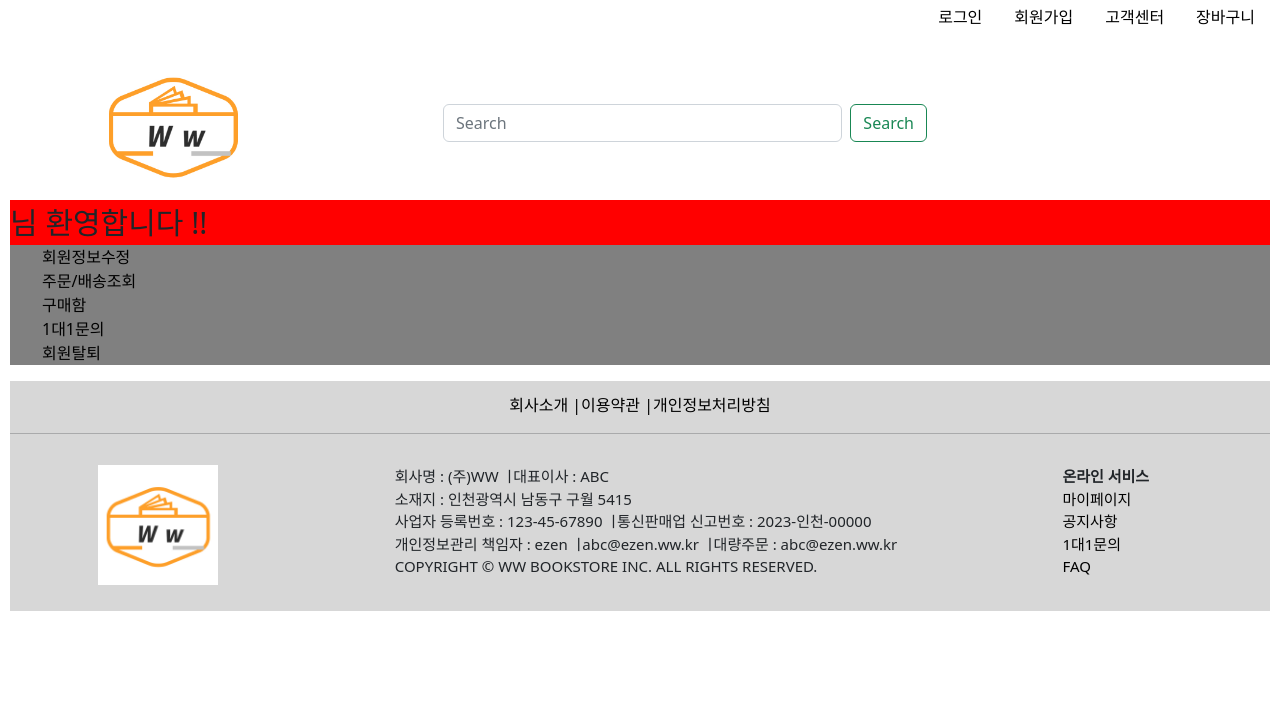
Repository: leehyeonung/project6
Page: http://localhost/book/WEB-INF/views/member/mypage.jsp
These files come from the project's save history. The page is drawn as it stood at one moment and after the next save; the edit follows.
The browser window is 1280 px wide. The page is 1280 px wide, then 1285 px, so the pictures cover 1285 px, including what lies to the right of the window. The pictures show the whole page.
The page is served by Tomcat 9. Nobody is signed in. Other server files are loaded and not shown. The template is opened directly, without the code that normally fills it, so the values that code supplies are empty.

Above is the page before, as saved 2023-01-06 02:42:17.

### book/src/main/webapp/WEB-INF/views/member/mypage.jsp
<%@ page language="java" contentType="text/html; charset=UTF-8"
    pageEncoding="UTF-8"%>
<!DOCTYPE html>
<html>
<head>
<meta charset="UTF-8">
<title>Insert title here</title>
<link rel="stylesheet" type="text/css" href="/resources/css/mypage.css">
</head>
<body>
<jsp:include page="../layout/header.jsp"></jsp:include>
<div class="main">

<div class="information">

<div class="id">
${ses.mem_id}님 환영합니다 !!
</div>

<div class="cell">
${ses.mem_cell_num}
</div>

</div>

<div class="select">
<ul>
	<li><a href="/mem/modify">회원정보수정</a></li>
	<li><a href="/mem/orderCheck?mem_num=${ses.mem_num}">주문/배송조회</a></li>
	<li><a href="/mem/buyCheck?mem_num=${ses.mem_num}">구매함</a></li>
	<li><a href="/board/list">1대1문의</a></li>
	<li><a href="/mem/delete">회원탈퇴</a></li>
</ul>
</div>

</div>

<jsp:include page="../layout/footer.jsp"></jsp:include>
</body>
</html>

### book/src/main/webapp/WEB-INF/views/layout/header.jsp
<%@ page language="java" contentType="text/html; charset=UTF-8"
    pageEncoding="UTF-8"%>
<%@ taglib uri="http://java.sun.com/jsp/jstl/core" prefix="c"%>
<!DOCTYPE html>
<html>
<head>
<meta charset="UTF-8">
<title>Insert title here</title>
<!-- CSS only -->
<link href="https://cdn.jsdelivr.net/npm/bootstrap@5.2.2/dist/css/bootstrap.min.css"
rel="stylesheet" integrity="sha384-Zenh87qX5JnK2Jl0vWa8Ck2rdkQ2Bzep5IDxbcnCeuOxjzrPF/et3URy9Bv1WTRi"
crossorigin="anonymous">
<link rel="stylesheet" type="text/css" href="/resources/css/header.css">
</head>
<body>

<div class="header">
    <div class="menu">
        <c:if test="${ses.mem_id ==null}">
        <ul><a href="/mem/loginPage">로그인</a></ul>
        <ul><a href="/mem/joinPage">회원가입</a></ul>
        </c:if>
        <c:if test="${ses.mem_id == 'admin' }">
        <ul><a href="/mem/logOut">로그아웃</a></ul>
        <ul><a href="/mem/adminpage">관리인페이지</a></ul>
        </c:if>
        <c:if test="${ses.mem_id !=null && ses.mem_id !='admin' }">
        <ul><a href="/mem/logOut">로그아웃</a></ul>
        <ul><a href="/mem/mypage">마이페이지</a></ul>
        </c:if>
        <ul><a href="#">고객센터</a></ul>
        <ul><a href="#">장바구니</a></ul>
    </div>
    <div class="bar">
       <div class="logo">
         <a href="/"><img src="/resources/image/logo.jpg" alt="로고"></a>
       </div>
         <div class="searchBar">
            <form class="d-flex" role="search">
                 <input class="form-control me-2" type="search" placeholder="Search" aria-label="Search">
                 <button class="btn btn-outline-success" type="submit">Search</button>
              </form>
         </div>
       <div class="icons">
         <a href=""><i class="fa-solid fa-cart-shopping"></i></a>
            <a href=""><i class="fa-solid fa-user"></i></a>
       </div>
    </div>
</div>
</body>
</html>

### book/src/main/webapp/WEB-INF/views/layout/footer.jsp
<%@ page language="java" contentType="text/html; charset=UTF-8"
   pageEncoding="UTF-8"%>
<!DOCTYPE html>
<html>
<head>
<meta charset="UTF-8">
<title>Insert title here</title>
<link rel="stylesheet" type="text/css" href="/resources/css/footer.css">

</head>

<body>
   <div class="footer">
      <div class="footer-top">
         <ul>
            <li><a href="">회사소개 | </a></li>
            <li><a href="">이용약관 | </a></li>
            <li><a href="">개인정보처리방침</a></li>
         </ul>
      </div>
      <hr>
      <div class="address">
         <div class="footer-logo">
            <img src="/resources/image/logo.jpg" alt="로고">
         </div>
         <div class="address-box">
            <ul>
               <li>회사명 : (주)WW <span style="margin-right: -7px;">ㅣ</span>
                  대표이사 : ABC
               </li>

               <li>소재지 : 인천광역시 남동구 구월 5415</li>
               <li>사업자 등록번호 : 123-45-67890 <span style="margin-right: -7px;">ㅣ</span>
                  통신판매업 신고번호 : 2023-인천-00000
               </li>

               <li>개인정보관리 책임자 : ezen <span style="margin-right: -7px;">ㅣ</span>
                  abc@ezen.ww.kr <span style="margin-right: -7px;">ㅣ</span> 대량주문 :
                  abc@ezen.ww.kr
               </li>

               <li>COPYRIGHT © WW BOOKSTORE INC. ALL RIGHTS RESERVED.</li>

            </ul>

         </div>
         <div class="online-serviceBar">
            <strong>온라인 서비스</strong>
            <ul>
               <li><a href="">마이페이지</a></li>
               <li><a href="">공지사항</a></li>
               <li><a href="">1대1문의</a></li>
               <li><a href="">FAQ</a></li>
            </ul>
         </div>
      </div>
   </div>

</body>
</html>

### book/src/main/webapp/resources/css/mypage.css
@charset "UTF-8";
*{
	margin: 0 auto;
	padding: 0px;

}
.main{
    margin: auto;
    width: 1260px;
    background-color: gray;


}
.id{
    font-size: 30px;
}
.information{
	background-color : red;
}
select>ul>li{
    display: inline-block;
	float : left;
	width : 20%;
    background-color: blue;
}

### book/src/main/webapp/resources/css/header.css
@charset "UTF-8";
*{
	margin: 0px;
	padding: 0px;
}
.header{
    width: 1260px;
    height: 200px;
   /*  background-color: pink; */
}
.menu{
   display: flex;
   justify-content: flex-end;
   padding:5px;

}
.logo{
    width: 150px;
    height: 150px;
    background-color: blue;
}
.logo>a>img{
    width: 150px;
    height: 150px;
}
.searchBar{
   /* position:absolute; */
    width: 484px;
    height: 42px;
    /* background-color: gold; */
    margin-top:54px;
    border-radius: 30px;

}
.bar{

   height: 150px;
   display: flex;
   flex-direction: row;
   flex-wrap:nowrap;
   justify-content:space-around;
/*    align-items: baseline; */


}
i{
    font-size: 42px;
    color: black;
    margin-top:54px;
    margin-right: 20px;
}

### book/src/main/webapp/resources/css/footer.css
@charset "UTF-8";
.footer {
   width: 1260px;
   height: 230px;
   background-color: rgba(175, 175, 175, 0.5);
   margin: 0 auto;
}

.footer-logo {

   width: 120px;
   height: 120px;
   background-color: beige;
}
.footer-logo>img{
   width: 120px;
   height: 120px;
}

.address-box {
   text-align: left;
   padding: 0;
   margin: 0;
}

.address {
   padding: 15px;
   height: 150px;
   display: flex;
   font-size: 15px;
   /* align-items: baseline; */
   flex-direction: row;
   flex-wrap: nowrap;
   justify-content: space-around;
}

ul {
   list-style: none;
}

.footer, .address li {

}

.footer-top {
   text-align: center;
   padding-top: 12px;
}

.footer-top>ul {
   margin: 0;
   padding: 0;
   display: flex;
   justify-content: center;
}

.footer-top>li {
   margin: 0;
   padding: 0;
}

a {
   text-decoration-line: none;
   color: black;
}

a:visited {
   text-decoration: none;
}

a:hover {
   text-decoration: none;
}

a:focus {
   text-decoration: none;
}

a:hover, a:active {
   text-decoration: none;
}

.online-serviceBar {
   padding: 0px;
   margin-left: 20px;
   width: 120px;
   height: 120px;
}

.online-serviceBar>ul {
   margin: 0px;
   padding: 0px;
}

After the next save:
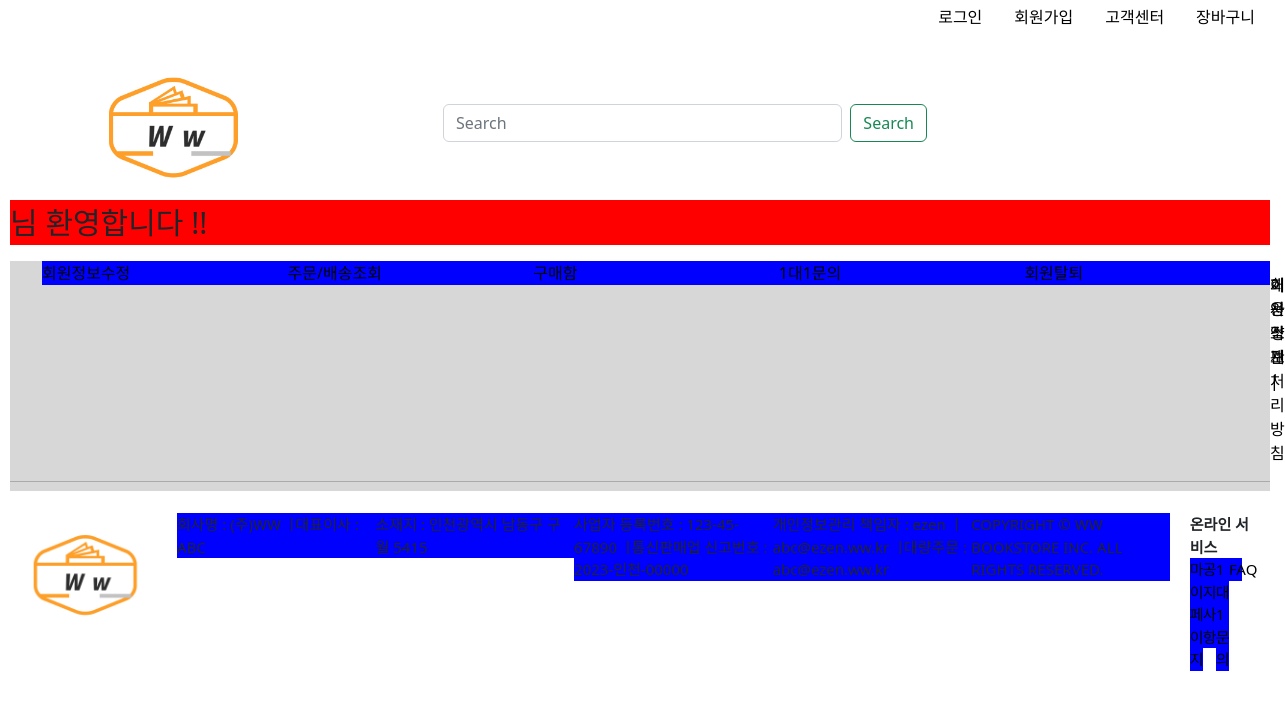
Saved 18 s later.
--- a/book/src/main/webapp/resources/css/mypage.css
+++ b/book/src/main/webapp/resources/css/mypage.css
@@ -17,7 +17,7 @@
 .information{
 	background-color : red;
 }
-select>ul>li{
+li{
     display: inline-block;
 	float : left;
 	width : 20%;
